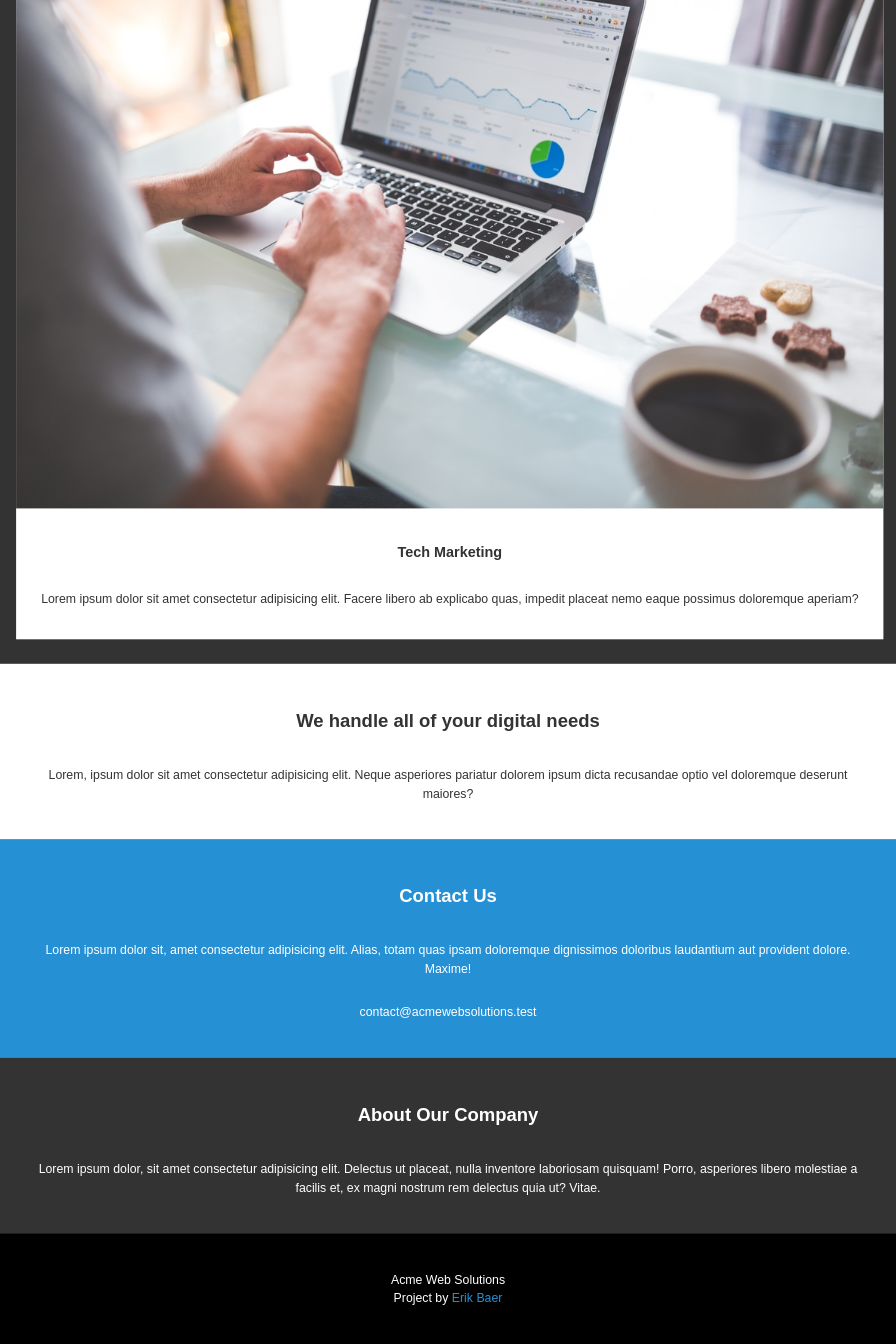
Repository: ErikBaer/MobileFirst
Page: index.html
These files come from the project's save history. The page is drawn as it stood at one moment and after the next save; the edit follows.
The browser window is 1280 px wide. The pictures show the part of the page from y = 2856 to 4776 px (the page is 4776 px tall), at 70% of full size.

Above is the page before, as saved 2020-02-15 03:35:09.

After the next save:
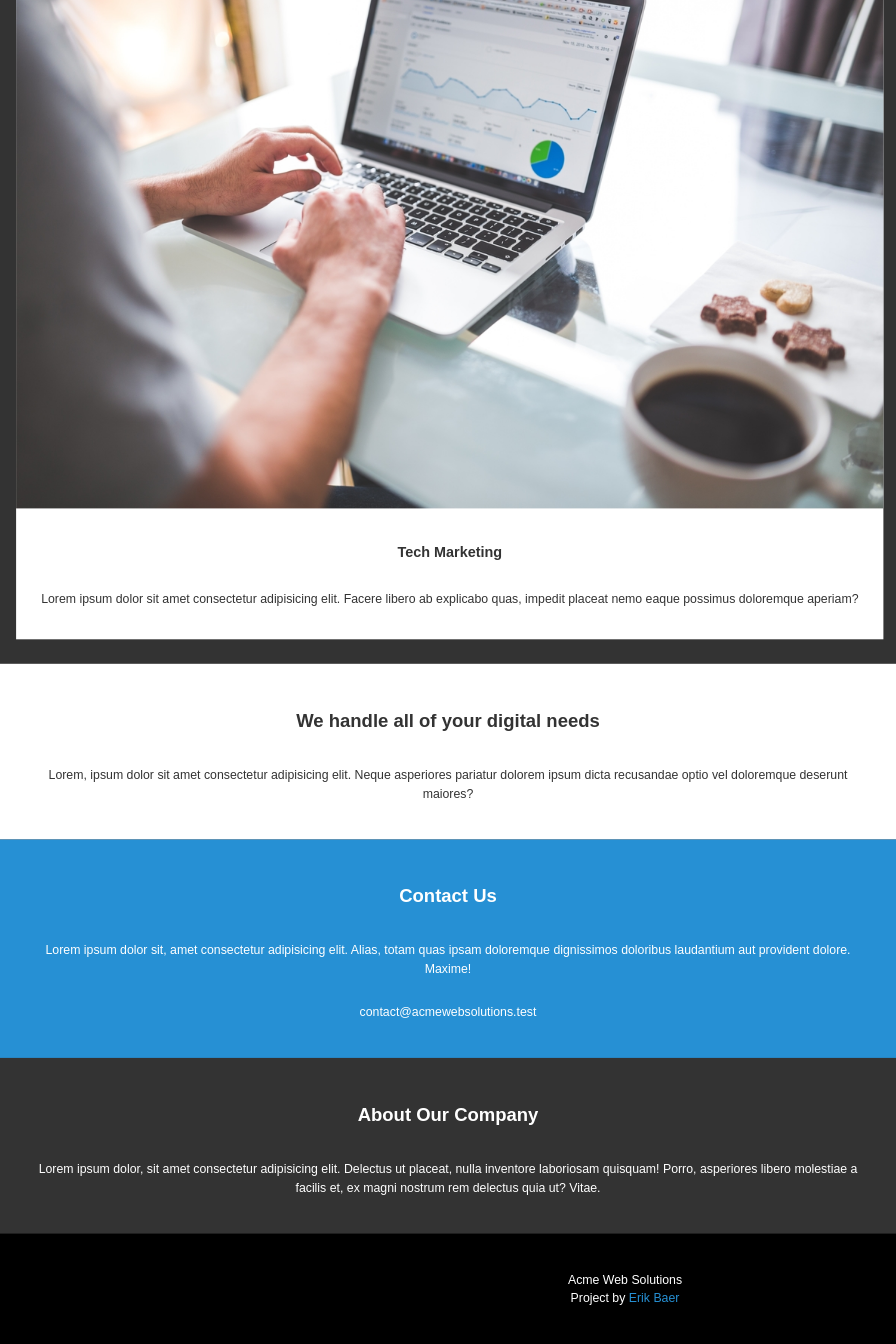
Saved 4 min 42 s later.
--- a/style.css
+++ b/style.css
@@ -147,4 +147,8 @@
      #section-b ul {
          grid-column: 2/4;
      }
+
+     .box, #main-footer div {
+         grid-column: 2;
+     }
 }

After the save that followed:
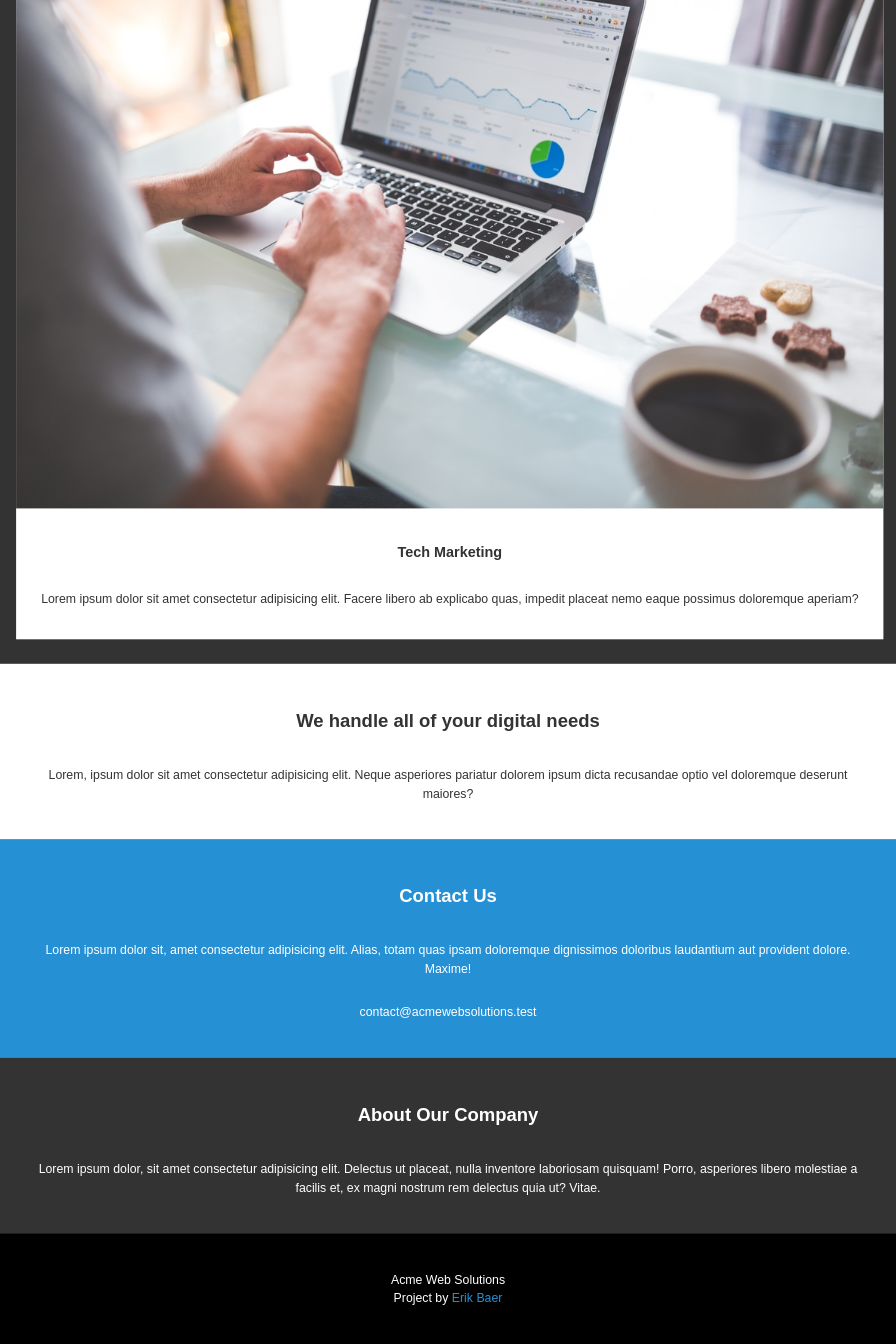
Saved 8 s later.
--- a/style.css
+++ b/style.css
@@ -149,6 +149,6 @@
      }
 
      .box, #main-footer div {
-         grid-column: 2;
+         grid-column: span 2;
      }
 }
